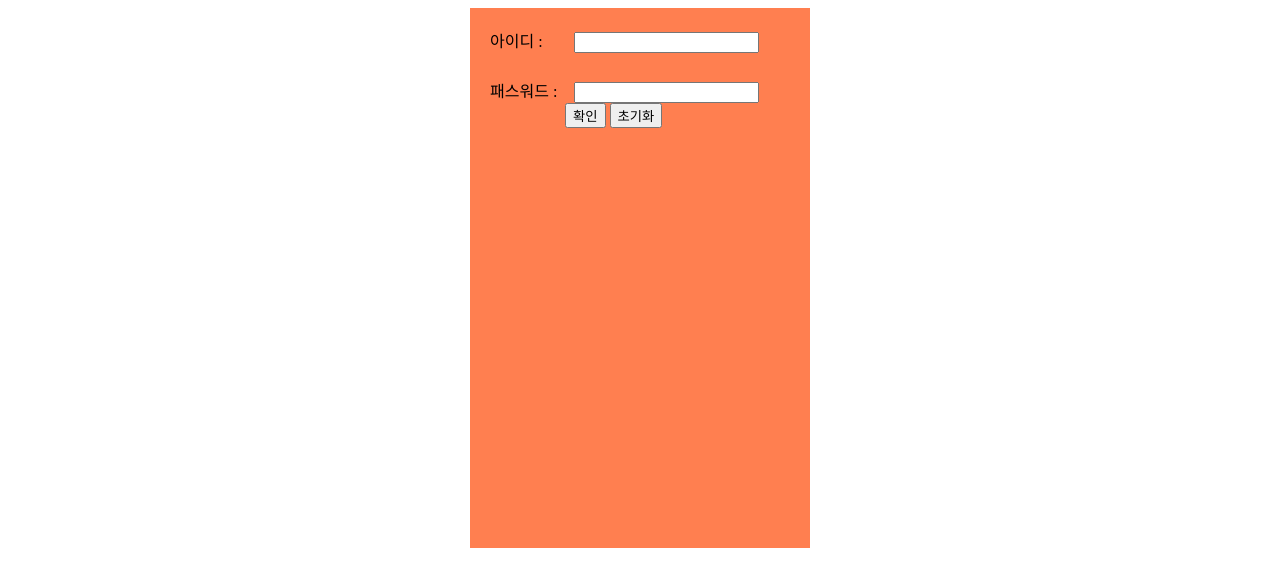
Repository: song-tata/jsp_servlet
Page: chap06/webContants/login2.html
An editor plug-in stored every save of this project. The page is shown before and after the next save, followed by the edit.
The browser window is 1280 px wide. The pictures show the whole page.

Above is the page before, as saved 2023-05-18 05:54:34.

After the next save:
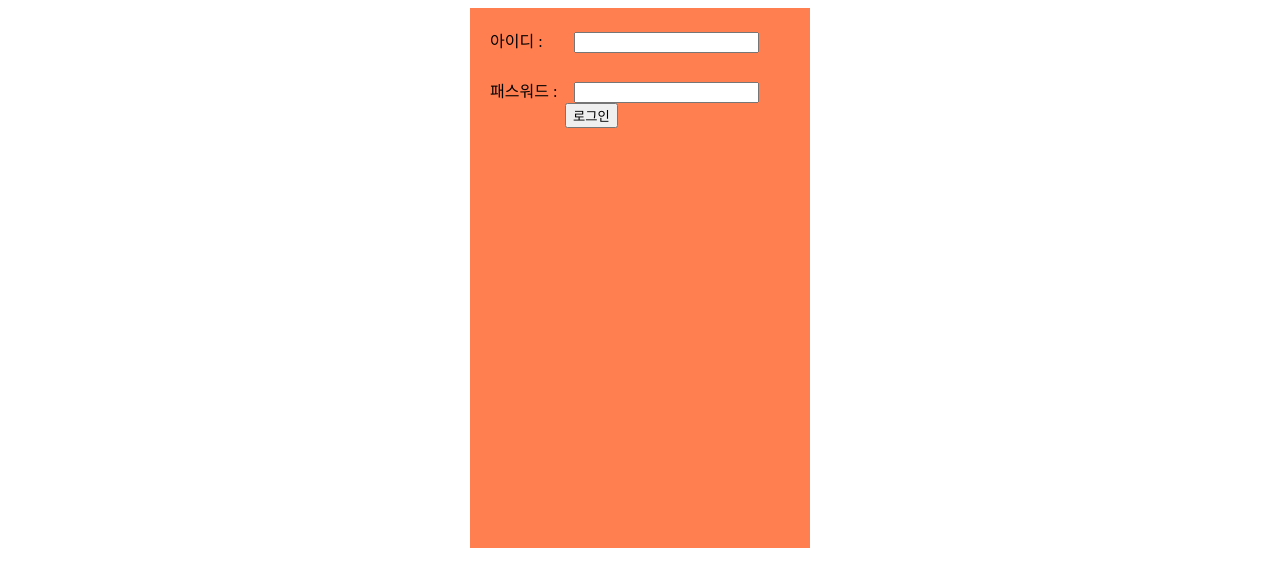
Saved 3 min 30 s later.
--- a/chap06/webContants/login2.html
+++ b/chap06/webContants/login2.html
@@ -49,8 +49,7 @@
 				id="password" name="user_pw">
 		</div>
 		<div class="buttonwrap">
-			<button type="submit">확인</button>
-			<button type="reset">초기화</button>
+			<input type="button" onclick="servlet_req()" value="로그인">
 		</div>
 	</form>
 </body>
